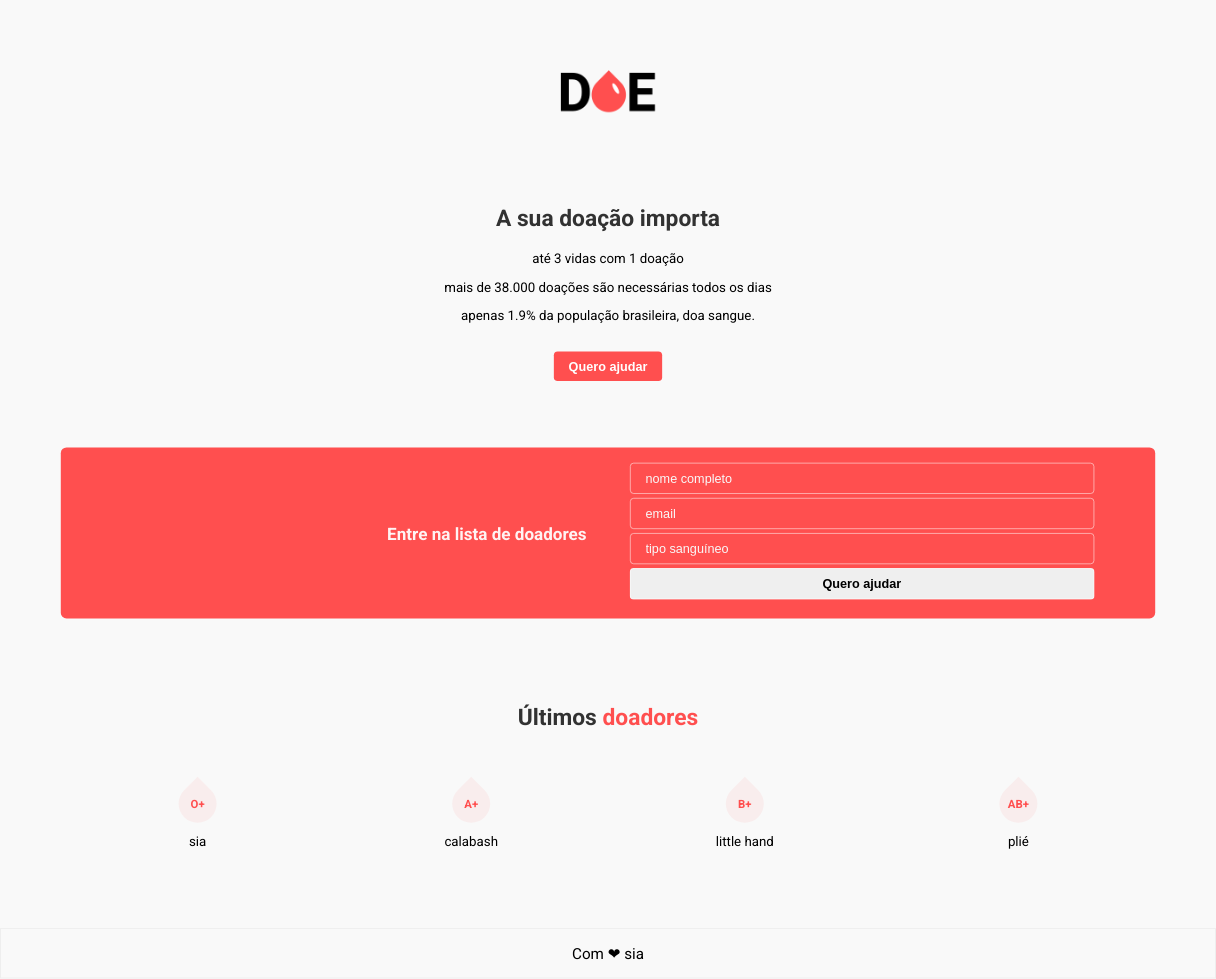
Repository: DavidSia/doe
Page: src/index.html
The author's editor kept a copy of each file at every save. The page is drawn from the files as they stood at one save, then again after the next save.
The browser window is 1280 px wide. The pictures show the whole page, at 95% of full size.
After loading, the first visible `button` was clicked once.

Above is the page before, as saved 2020-02-18 18:51:49.

### src/index.html
<!DOCTYPE html>
  <head>
    <meta charset="utf-8">
    <meta http-equiv="X-UA-Compatible" content="IE=edge">
    <title>Doe Sangue! Doe Vida!</title>
    <meta name="description" content="">
    <meta name="viewport" content="width=device-width, initial-scale=1">
    <link rel="stylesheet" href="style.css">
    <link href="https://fonts.googleapis.com/css?family=Roboto:400,700&display=swap" rel="stylesheet">
  </head>
  <body>
    <header>
      <img class="logo" src="logo.png" alt="Imagem de DOE">
      <h2>A sua doação importa</h2>
      <p>até 3 vidas com 1 doação</p>
      <p>mais de 38.000 doações são necessárias todos os dias</p>
      <p>apenas 1.9% da população brasileira, doa sangue.</p>
      <button>Quero ajudar</button>
    </header>
    <section class="form hide">
      <h2>Entre na lista de doadores</h2>
      <form action="/">
        <input type="text"
               name="name"
               placeholder="nome completo"
        >
        <input type="text"
               name="email"
               placeholder="email"
        >
        <input type="text"
               name="blood"
               placeholder="tipo sanguíneo"
        >
        <button>Quero ajudar</button>
      </form>
    </section>
    <main>
      <h2>Últimos <span>doadores</span></h2>
      <section class="donors">
        <div class="donor">
          <div class="blood">O+</div>
          <p>sia</p>
        </div>
        <div class="donor">
          <div class="blood">A+</div>
          <p>calabash</p>
        </div><div class="donor">
          <div class="blood">B+</div>
          <p>little hand</p>
        </div><div class="donor">
          <div class="blood">AB+</div>
          <p>plié</p>
        </div>
      </section>
    </main>
    <footer>Com ❤ sia</footer>
    <script src="script.js"></script>
  </body>
</html>

### src/style.css
* {
  box-sizing: border-box;
}

html,
body {
  margin: 0;
}

body {
  display: flex;
  flex-direction: column;
  height: 100vh;
  font-family: "Roboto", sans-serif;
  background-color: #f9f9f9;
}

h1,
h2 {
  color: #000000cc;
}

header h1,
main h2 {
  margin-bottom: 70px;
}

main h2 span {
  color: #ff4f4f;
}

.form h2 {
  text-align: right;
  color: #ffffffee;
  font-size: 18px;
}

header,
main,
footer {
  text-align: center;
}

header,
.form,
main {
  margin: 0 auto 70px auto;
  width: 90%;
  min-width: 500px;
}

header button {
  margin-top: 16px;
  padding: 8px 16px;
  border-radius: 4px;
  border: none;
  background-color: #ff4f4f;
  color: white;
  font-weight: bold;
}

.logo {
  width: 120px;
  margin: 70px 0px;
}

header p {
  font-size: 14px;
}

section.form {
  display: grid;
  grid-template-columns: 1fr 1fr;
  gap: 45px;
  background-color: #ff4f4f;
  padding: 16px 64px;
  align-items: center;
  border-radius: 6px;
}

form input,
form button {
  width: 100%;
  margin-bottom: 4px;
  padding: 8px 16px 8px 16px;
  border-radius: 4px;
  border: 1px solid #ffffff88;
}

form input {
  background-color: transparent;
}

input::placeholder {
  color: #f9f9f9;
}

form button {
  font-weight: bold;
}

main .donors {
  display: grid;
  grid-template-columns: 1fr 1fr 1fr 1fr;
}

.blood {
  color: #ff4f4f;
  font-weight: bold;
  font-size: 12px;
  display: flex;
  align-items: center;
  justify-content: center;
  position: relative;
}

.blood::before {
  content: "";
  background-color: #ff4f4f11;
  width: 40px;
  height: 40px;
  position: absolute;
  border-radius: 50%;
  border-top-right-radius: 0;
  transform: rotate(-45deg);
}

.donor p {
  margin-top: 24px;
  font-size: 14px;
}

footer {
  margin-top: auto;
  padding: 16px;
  border: 1px solid #eee;
}

section.form {
  transition: all 300ms;
}

section.form.hide {
  opacity: 0;
  visibility: hidden;
  height: 0;
  margin-top: -70px;
}

### src/script.js
document.querySelector("header button").addEventListener("click", function() {
  document.querySelector(".form").classList.toggle("hide");
});

After the next save:
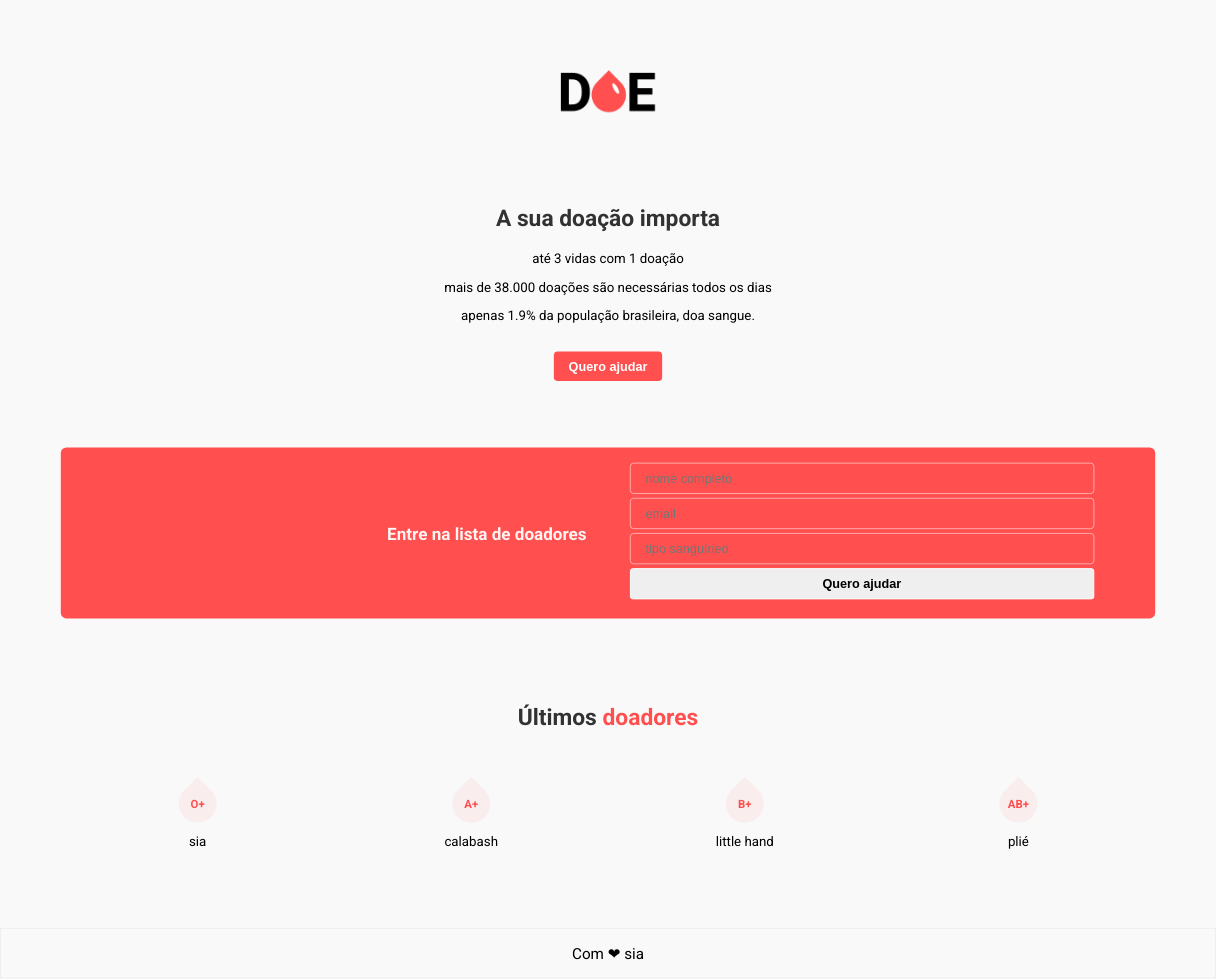
Saved 21 s later.
--- a/src/style.css
+++ b/src/style.css
@@ -91,7 +91,7 @@
   background-color: transparent;
 }
 
-input::placeholder {
+.form::placeholder {
   color: #f9f9f9;
 }
 

After the 5 saves that followed:
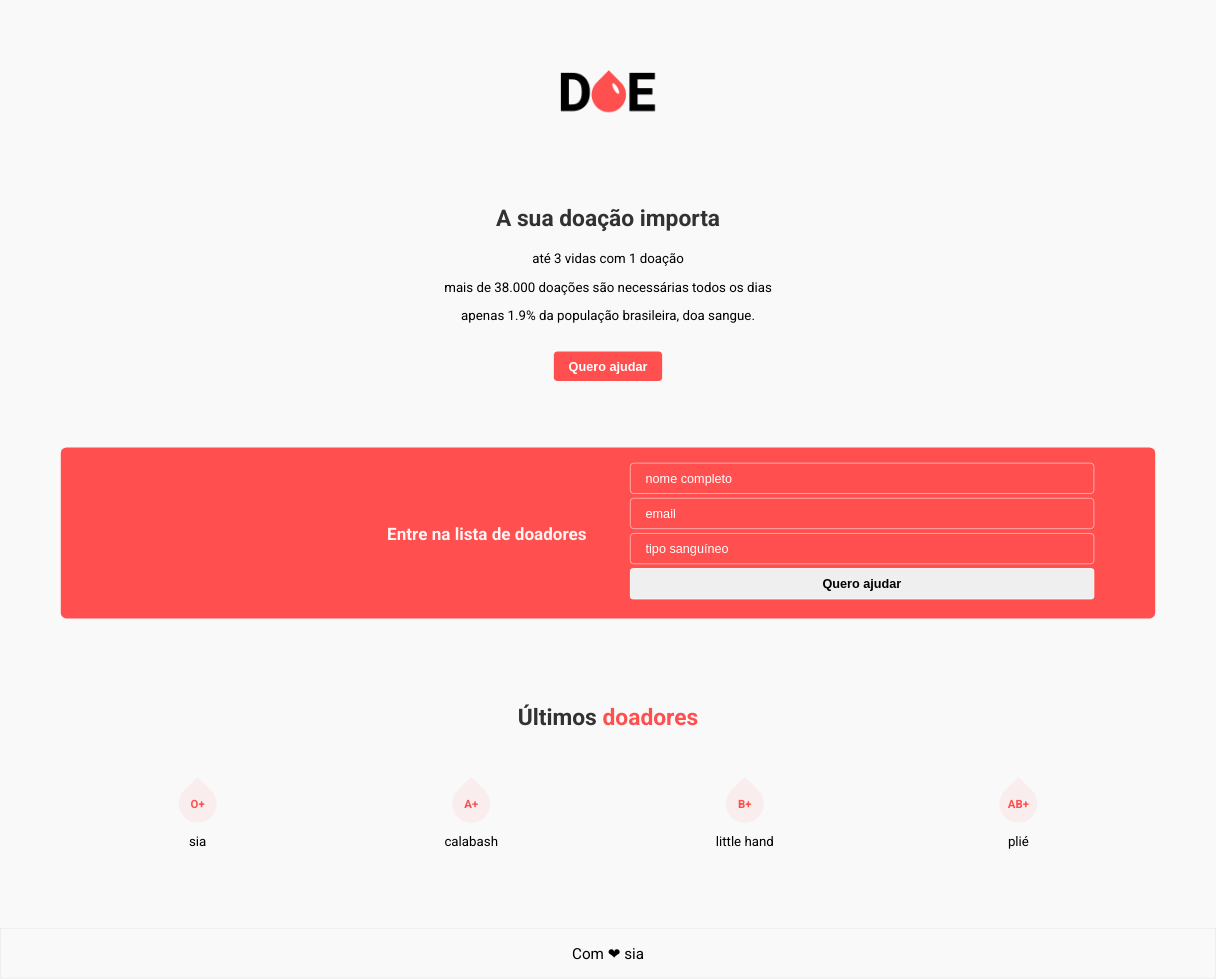
The 5 saves are shown as one change because 4 left the picture as it was.
The last was saved 3 min 5 s later.
--- a/src/style.css
+++ b/src/style.css
@@ -91,8 +91,8 @@
   background-color: transparent;
 }
 
-.form::placeholder {
-  color: #f9f9f9;
+form input::placeholder {
+  color: white;
 }
 
 form button {
